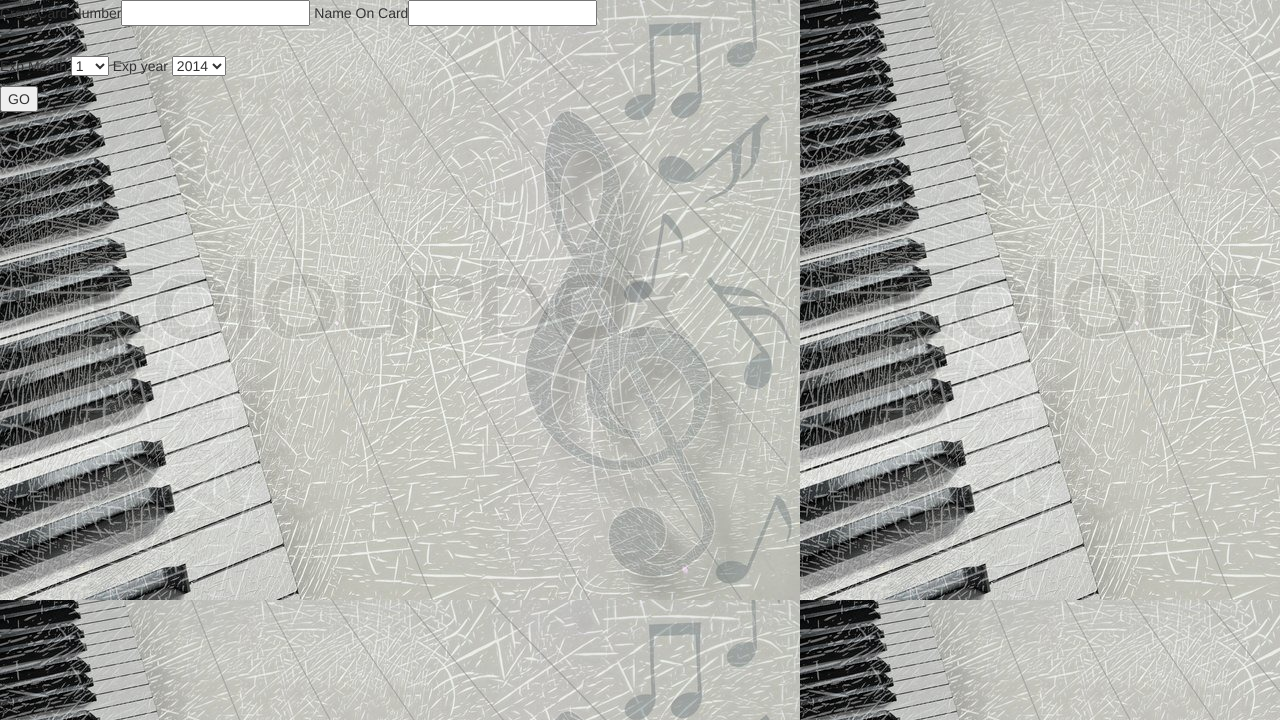
Repository: jack-1195/project2
Page: http://localhost/ShopingCartFrontEnd/WEB-INF/views/CreditCard.jsp
An editor plug-in stored every save of this project. The page is shown before and after the next save, followed by the edit.
The browser window is 1280 px wide. The pictures show the whole page.
Some web fonts or font styles are not loaded; a fallback is used. The page is served by Tomcat 9. Nobody is signed in. The template is opened directly, without the code that normally fills it, so the values that code supplies are empty.

Above is the page before, as saved 2016-08-24 05:48:05.

After the next save:
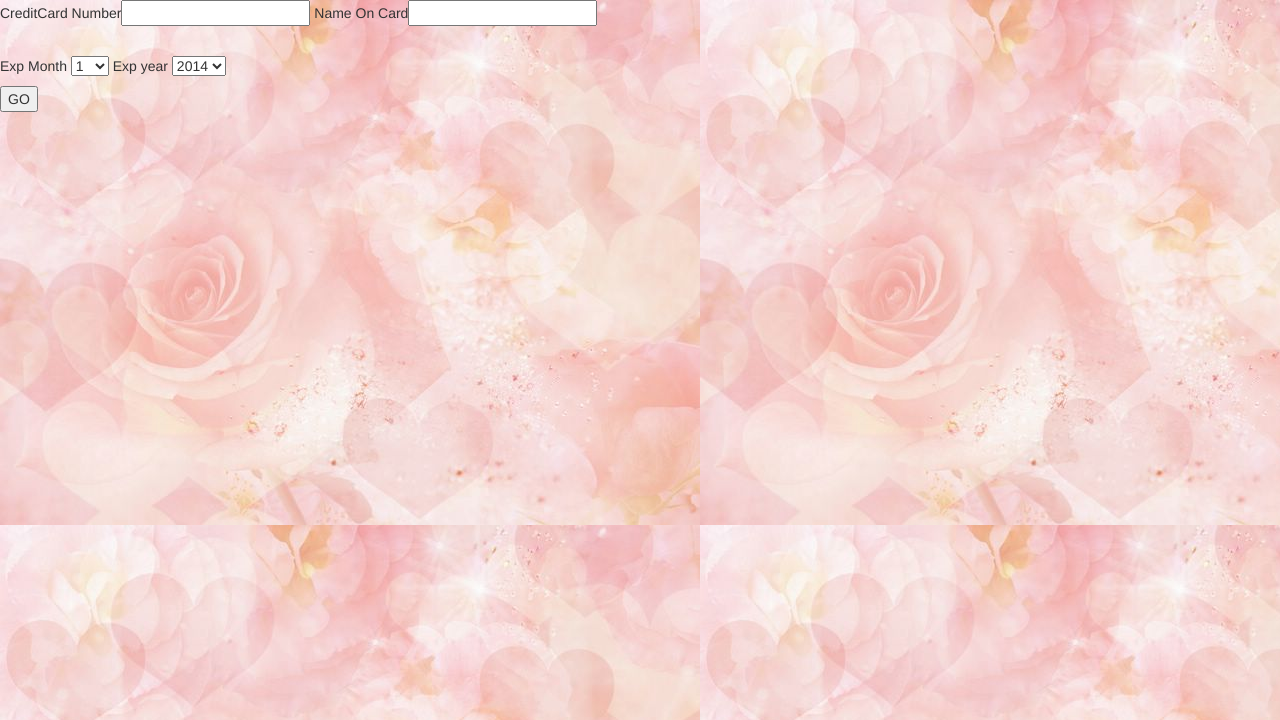
Saved 2 min 25 s later.
--- a/changes/ShopingCartFrontEnd/src/main/webapp/WEB-INF/views/CreditCard.jsp
+++ b/changes/ShopingCartFrontEnd/src/main/webapp/WEB-INF/views/CreditCard.jsp
@@ -4,7 +4,7 @@
 <%@taglib uri="http://www.springframework.org/tags" prefix="spring" %>
 <%@ taglib uri="http://www.springframework.org/tags/form" prefix="form"%>
 <spring:url value="/resources/img" var="image"></spring:url>
-  <body background="<c:url value="/resources/images/kl.jpg" />">
+  <body background="<c:url value="/resources/images/jh.jpg" />">
   <head>
     <meta charset="utf-8">
     <meta http-equiv="X-UA-Compatible" content="IE=edge">
